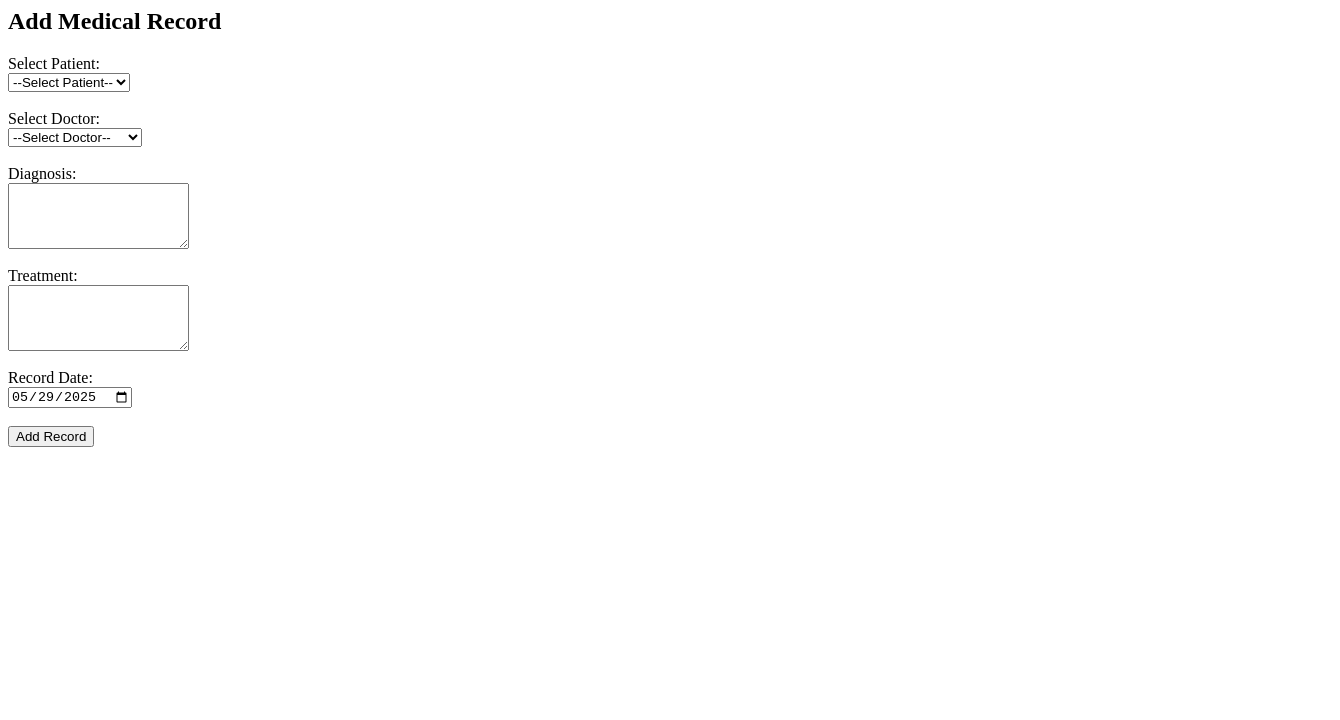
Repository: shreeshskatti/hospital_management_system
Page: http://localhost/medical_records/add_record.php
An editor plug-in stored every save of this project. The page is shown before and after the next save, followed by the edit.
The browser window is 1280 px wide. The page is 1280 px wide, then 1340 px, so the pictures cover 1340 px, including what lies to the right of the window. The pictures show the whole page.
Some web fonts or font styles are not loaded; a fallback is used. The page is run by PHP 8.4 with error messages shown; the project is at /var/www/html/. The database holds what the project's SQL file puts in it.

Above is the page before, as saved 2025-05-29 21:40:27.

### medical_records/add_record.php
<?php
include '../includes/db.php';

// Fetch patients and doctors for dropdowns
$patients = $conn->query("SELECT patient_id, name FROM patients ORDER BY name");
$doctors = $conn->query("SELECT doctor_id, name FROM doctors ORDER BY name");

if ($_SERVER['REQUEST_METHOD'] === 'POST') {
    $patient_id = $_POST['patient_id'] ?: NULL;
    $doctor_id = $_POST['doctor_id'] ?: NULL;
    $diagnosis = $_POST['diagnosis'] ?: NULL;
    $treatment = $_POST['treatment'] ?: NULL;
    $record_date = $_POST['record_date'] ?: NULL;

    $stmt = $conn->prepare("INSERT INTO medical_records (patient_id, doctor_id, diagnosis, treatment, record_date) VALUES (?, ?, ?, ?, ?)");
    $stmt->bind_param("iisss", $patient_id, $doctor_id, $diagnosis, $treatment, $record_date);

    if ($stmt->execute()) {
        echo "<p style='color:green;'>Medical record added successfully.</p>";
    } else {
        echo "<p style='color:red;'>Error: " . $conn->error . "</p>";
    }

    $stmt->close();
}
?>

<h2>Add Medical Record</h2>
<form method="POST">
    <label for="patient_id">Select Patient:</label><br>
    <select name="patient_id" required>
        <option value="">--Select Patient--</option>
        <?php while ($row = $patients->fetch_assoc()): ?>
            <option value="<?php echo $row['patient_id']; ?>"><?php echo htmlspecialchars($row['name']); ?></option>
        <?php endwhile; ?>
    </select><br><br>

    <label for="doctor_id">Select Doctor:</label><br>
    <select name="doctor_id" required>
        <option value="">--Select Doctor--</option>
        <?php while ($row = $doctors->fetch_assoc()): ?>
            <option value="<?php echo $row['doctor_id']; ?>"><?php echo htmlspecialchars($row['name']); ?></option>
        <?php endwhile; ?>
    </select><br><br>

    <label for="diagnosis">Diagnosis:</label><br>
    <textarea name="diagnosis" rows="4"></textarea><br><br>

    <label for="treatment">Treatment:</label><br>
    <textarea name="treatment" rows="4"></textarea><br><br>

    <label for="record_date">Record Date:</label><br>
    <input type="date" name="record_date" value="<?php echo date('Y-m-d'); ?>"><br><br>

    <button type="submit">Add Record</button>
</form>

### includes/db.php
<?php
$host = 'localhost';
$user = 'root';
$pass = '';
$dbname = 'hospital_db';  // must match your DB name

$conn = new mysqli($host, $user, $pass, $dbname);

if ($conn->connect_error) {
    die("Connection failed: " . $conn->connect_error);
}
?>

### hospital_management_system.sql (the tables this page reads)
CREATE TABLE `doctors` (
  `doctor_id` int(11) NOT NULL,
  `name` varchar(100) NOT NULL,
  `specialization` varchar(100) DEFAULT NULL,
  `contact_info` varchar(100) DEFAULT NULL,
  `department_id` int(11) DEFAULT NULL
) ENGINE=InnoDB DEFAULT CHARSET=utf8mb4 COLLATE=utf8mb4_general_ci;

INSERT INTO `doctors` (`doctor_id`, `name`, `specialization`, `contact_info`, `department_id`) VALUES
(1, 'rishi', 'Neurology', '1251423142', NULL),
(2, 'Dr nitin agarwal', 'Pediatrics', '7976561514', NULL),
(3, 'Dr ppfilmcrafts', 'Cardiology', '7975204114', NULL),
(4, 'Dr prasanna pattar', 'Gynecology', '7975204114', NULL),
(5, 'Dr sandeep naik', 'Orthopedics', '9876514256', NULL);

ALTER TABLE `doctors`
  ADD PRIMARY KEY (`doctor_id`),
  ADD KEY `department_id` (`department_id`);

ALTER TABLE `doctors`
  MODIFY `doctor_id` int(11) NOT NULL AUTO_INCREMENT, AUTO_INCREMENT=6;

ALTER TABLE `doctors`
  ADD CONSTRAINT `doctors_ibfk_1` FOREIGN KEY (`department_id`) REFERENCES `departments` (`department_id`) ON DELETE SET NULL ON UPDATE CASCADE;

CREATE TABLE `patients` (
  `patient_id` int(11) NOT NULL,
  `name` varchar(100) NOT NULL,
  `email` varchar(100) DEFAULT NULL,
  `phone` varchar(20) DEFAULT NULL,
  `dob` date NOT NULL,
  `gender` varchar(10) NOT NULL,
  `address` varchar(255) DEFAULT NULL
) ENGINE=InnoDB DEFAULT CHARSET=utf8mb4 COLLATE=utf8mb4_general_ci;

INSERT INTO `patients` (`patient_id`, `name`, `email`, `phone`, `dob`, `gender`, `address`) VALUES
(1, 'sudeep', 'sud@123', '07975872616', '2025-05-12', 'Male', 'rudset abivruddhi nagar'),
(2, 'syt', 'shreeshkatti212@gmail.com', '07975872616', '2025-05-21', 'Male', 'rudset abivruddhi nagar'),
(5, 'Shreesh Katti', 'shreeshkatti212@gmail.com', '07975872616', '2025-05-30', 'Male', 'rudset abivruddhi nagar'),
(9, 'Shreesh Katti', 'rishi123@gmail.com', '07975872616', '2025-06-07', 'Male', 'rudset abivruddhi nagar');

ALTER TABLE `patients`
  ADD PRIMARY KEY (`patient_id`);

ALTER TABLE `patients`
  MODIFY `patient_id` int(11) NOT NULL AUTO_INCREMENT, AUTO_INCREMENT=10;

### css/style.css
@import url('https://fonts.googleapis.com/css2?family=Merriweather&family=Open+Sans&display=swap');

* {
  margin: 0;
  padding: 0;
  box-sizing: border-box;
}

body {
  background: radial-gradient(circle at top left, #f0f4ff, #fdfdfd);
  font-family: 'Open Sans', sans-serif;
  color: #2E2E2E;
  min-height: 100vh;
  position: relative;
  overflow-x: hidden;
}

/* Background floating shapes */
body::before, body::after {
  content: '';
  position: absolute;
  border-radius: 50%;
  opacity: 0.2;
  z-index: 0;
  pointer-events: none;
  animation: float 10s ease-in-out infinite;
}

body::before {
  width: 300px;
  height: 300px;
  background: #1A1F71;
  top: -80px;
  left: -80px;
}

body::after {
  width: 200px;
  height: 200px;
  background: #C9B037;
  bottom: -60px;
  right: -60px;
}

@keyframes float {
  0%, 100% { transform: translateY(0px); }
  50% { transform: translateY(25px); }
}

h1, h2, h3 {
  font-family: 'Merriweather', serif;
  color: #1A1F71;
  z-index: 1;
  position: relative;
}

.container {
  max-width: 900px;
  margin: 60px auto;
  padding: 40px 30px;
  background-color: rgba(255, 255, 255, 0.9);
  backdrop-filter: blur(10px);
  border-radius: 16px;
  box-shadow: 0 12px 30px rgba(0,0,0,0.1);
  position: relative;
  z-index: 1;
}

button {
  background-color: #1A1F71;
  color: #F9F6F1;
  border: none;
  padding: 14px 28px;
  font-size: 16px;
  border-radius: 8px;
  cursor: pointer;
  font-weight: 600;
  transition: background-color 0.3s ease, color 0.3s ease;
}

button:hover {
  background-color: #C9B037;
  color: #1A1F71;
}

input, select {
  width: 100%;
  padding: 12px;
  margin-top: 10px;
  margin-bottom: 22px;
  border: 1.5px solid #D3D3D3;
  border-radius: 8px;
  font-size: 16px;
  transition: all 0.3s ease;
  background-color: #fafafa;
}

input:focus, select:focus {
  border-color: #C9B037;
  outline: none;
  box-shadow: 0 0 8px rgba(201, 176, 55, 0.5);
  background-color: white;
}

table {
  width: 100%;
  border-collapse: collapse;
  margin-top: 30px;
  font-size: 15px;
}

th, td {
  padding: 14px;
  border: 1px solid #D3D3D3;
  text-align: left;
}

thead {
  background-color: #C9B037;
  color: white;
}

tbody tr:nth-child(even) {
  background-color: #F9F6F1;
}

/* Links and interactions */
a {
  color: #1A1F71;
  text-decoration: none;
  transition: color 0.3s;
  font-weight: bold;
}

a:hover {
  color: #C9B037;
  text-decoration: underline;
}

After the next save:
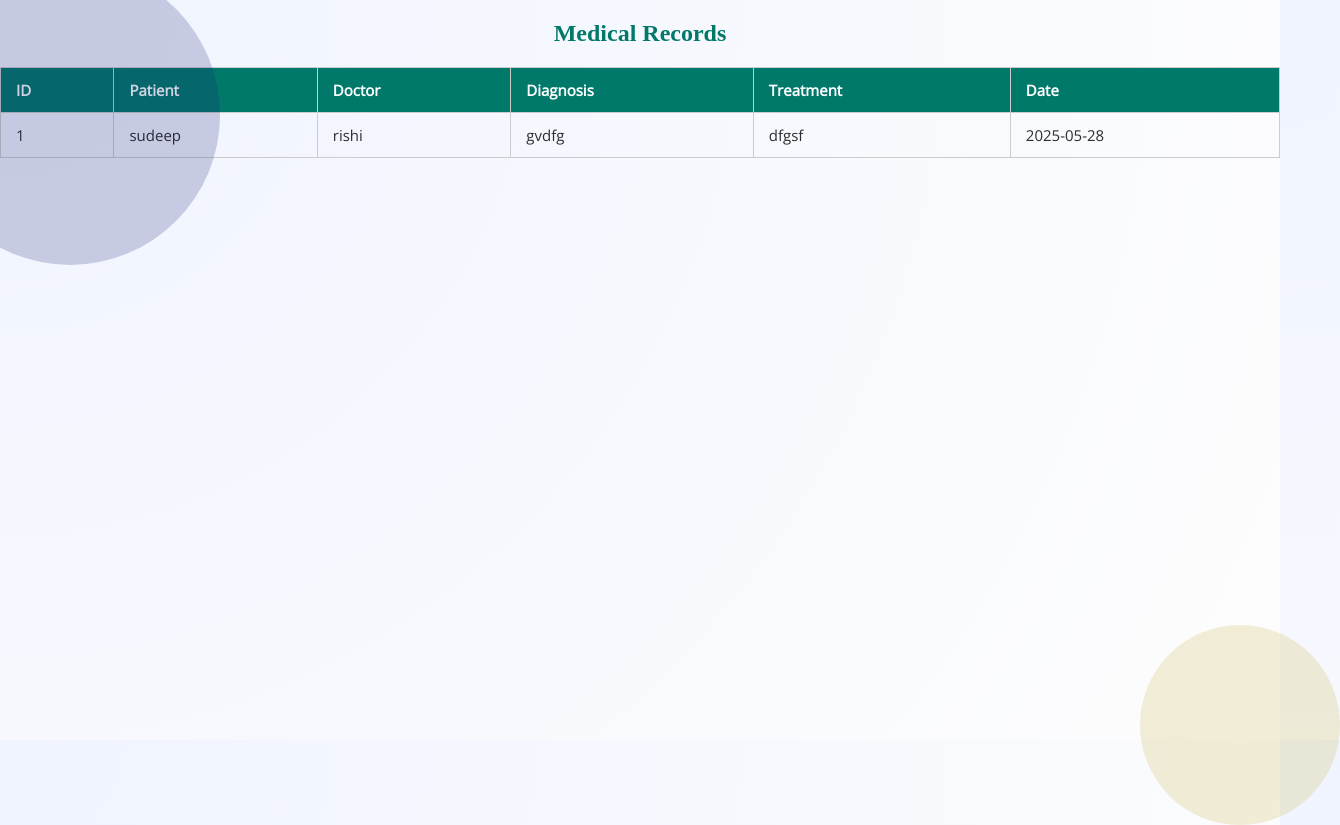
Saved 41 s later.
--- a/medical_records/add_record.php
+++ b/medical_records/add_record.php
@@ -1,56 +1,79 @@
 <?php
 include '../includes/db.php';
 
-// Fetch patients and doctors for dropdowns
-$patients = $conn->query("SELECT patient_id, name FROM patients ORDER BY name");
-$doctors = $conn->query("SELECT doctor_id, name FROM doctors ORDER BY name");
+// Fetch medical records joined with patient and doctor names
+$sql = "SELECT mr.record_id, p.name AS patient_name, d.name AS doctor_name, mr.diagnosis, mr.treatment, mr.record_date
+        FROM medical_records mr
+        LEFT JOIN patients p ON mr.patient_id = p.patient_id
+        LEFT JOIN doctors d ON mr.doctor_id = d.doctor_id
+        ORDER BY mr.record_date DESC";
 
-if ($_SERVER['REQUEST_METHOD'] === 'POST') {
-    $patient_id = $_POST['patient_id'] ?: NULL;
-    $doctor_id = $_POST['doctor_id'] ?: NULL;
-    $diagnosis = $_POST['diagnosis'] ?: NULL;
-    $treatment = $_POST['treatment'] ?: NULL;
-    $record_date = $_POST['record_date'] ?: NULL;
-
-    $stmt = $conn->prepare("INSERT INTO medical_records (patient_id, doctor_id, diagnosis, treatment, record_date) VALUES (?, ?, ?, ?, ?)");
-    $stmt->bind_param("iisss", $patient_id, $doctor_id, $diagnosis, $treatment, $record_date);
-
-    if ($stmt->execute()) {
-        echo "<p style='color:green;'>Medical record added successfully.</p>";
-    } else {
-        echo "<p style='color:red;'>Error: " . $conn->error . "</p>";
-    }
-
-    $stmt->close();
-}
+$result = $conn->query($sql);
 ?>
 
-<h2>Add Medical Record</h2>
-<form method="POST">
-    <label for="patient_id">Select Patient:</label><br>
-    <select name="patient_id" required>
-        <option value="">--Select Patient--</option>
-        <?php while ($row = $patients->fetch_assoc()): ?>
-            <option value="<?php echo $row['patient_id']; ?>"><?php echo htmlspecialchars($row['name']); ?></option>
+<!DOCTYPE html>
+<html lang="en">
+<head>
+  <meta charset="UTF-8" />
+  <title>View Medical Records</title>
+  <link rel="stylesheet" href="../css/style.css" />
+  <style>
+    table {
+      width: 100%;
+      border-collapse: collapse;
+      margin-top: 20px;
+    }
+    th, td {
+      padding: 12px 15px;
+      border: 1px solid #ccc;
+      text-align: left;
+    }
+    th {
+      background-color: #00796B;
+      color: white;
+    }
+    tr:nth-child(even) {
+      background-color: #f2f2f2;
+    }
+    h2 {
+      text-align: center;
+      margin-top: 20px;
+      color: #00796B;
+    }
+  </style>
+</head>
+<body>
+
+  <h2>Medical Records</h2>
+
+  <?php if ($result && $result->num_rows > 0): ?>
+    <table>
+      <thead>
+        <tr>
+          <th>ID</th>
+          <th>Patient</th>
+          <th>Doctor</th>
+          <th>Diagnosis</th>
+          <th>Treatment</th>
+          <th>Date</th>
+        </tr>
+      </thead>
+      <tbody>
+        <?php while ($row = $result->fetch_assoc()): ?>
+        <tr>
+          <td><?php echo $row['record_id']; ?></td>
+          <td><?php echo htmlspecialchars($row['patient_name']); ?></td>
+          <td><?php echo htmlspecialchars($row['doctor_name']); ?></td>
+          <td><?php echo nl2br(htmlspecialchars($row['diagnosis'])); ?></td>
+          <td><?php echo nl2br(htmlspecialchars($row['treatment'])); ?></td>
+          <td><?php echo $row['record_date']; ?></td>
+        </tr>
         <?php endwhile; ?>
-    </select><br><br>
+      </tbody>
+    </table>
+  <?php else: ?>
+    <p style="text-align:center; margin-top: 30px;">No medical records found.</p>
+  <?php endif; ?>
 
-    <label for="doctor_id">Select Doctor:</label><br>
-    <select name="doctor_id" required>
-        <option value="">--Select Doctor--</option>
-        <?php while ($row = $doctors->fetch_assoc()): ?>
-            <option value="<?php echo $row['doctor_id']; ?>"><?php echo htmlspecialchars($row['name']); ?></option>
-        <?php endwhile; ?>
-    </select><br><br>
-
-    <label for="diagnosis">Diagnosis:</label><br>
-    <textarea name="diagnosis" rows="4"></textarea><br><br>
-
-    <label for="treatment">Treatment:</label><br>
-    <textarea name="treatment" rows="4"></textarea><br><br>
-
-    <label for="record_date">Record Date:</label><br>
-    <input type="date" name="record_date" value="<?php echo date('Y-m-d'); ?>"><br><br>
-
-    <button type="submit">Add Record</button>
-</form>
+</body>
+</html>
